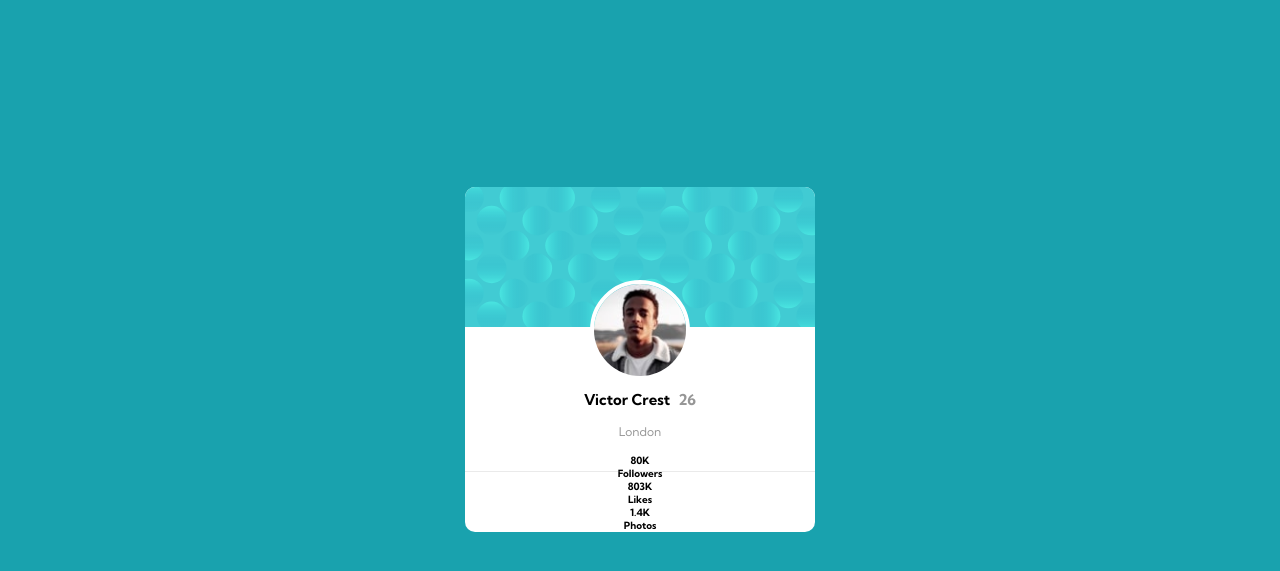
Repository: thaibaocoder1/profile-card-component-main
Page: index.html
The author's editor kept a copy of each file at every save. The page is drawn from the files as they stood at one save, then again after the next save.
The browser window is 1280 px wide. The pictures show the whole page.

Above is the page before, as saved 2023-01-11 14:06:06.

After the next save:
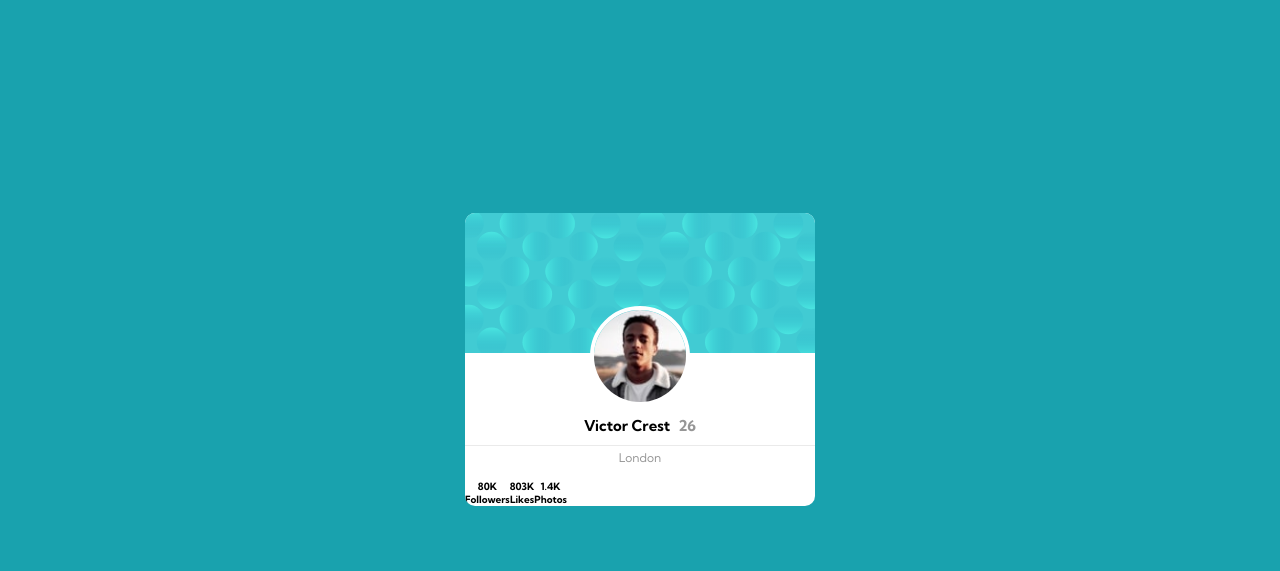
Saved 4 s later.
--- a/style.css
+++ b/style.css
@@ -75,5 +75,5 @@ body {
     bottom: 6rem;
 }
 .footer {
-    display: text-align: left;;
+    display: flex;
 }
